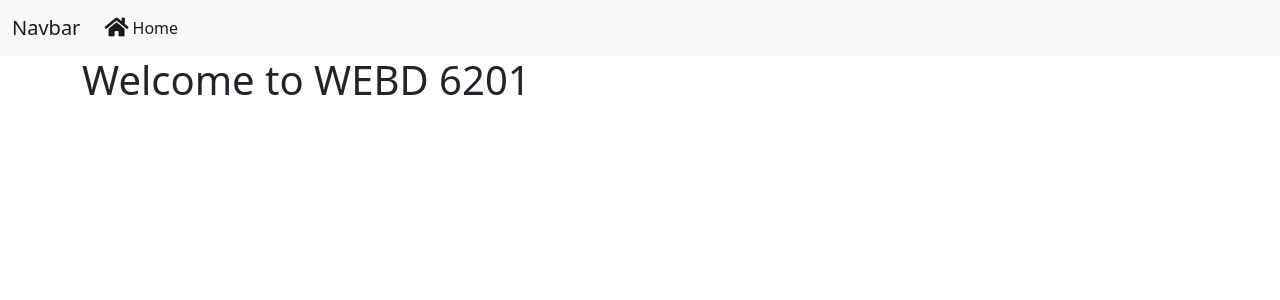
Repository: AshokSasi/WEBD6201-Week3
Page: index.html
The author's editor kept a copy of each file at every save. The page is drawn from the files as they stood at one save, then again after the next save.
The browser window is 1280 px wide. The pictures show the whole page.

Above is the page before, as saved 2021-01-20 09:09:01.

### index.html
<!DOCTYPE html>
<html lang="en">
<head>
    <meta charset="UTF-8">
    <meta name="viewport" content="width=device-width, initial-scale=1.0">
    <title>WEBD6201 - W2021 - ICE 1</title>
    <!-- CSS Section-->
    <link rel="stylesheet" href="./Content/app.css">
    <link rel="stylesheet" href="./node_modules/bootstrap/dist/css/bootstrap.min.css">
    <link rel="stylesheet" href="./node_modules/@fortawesome/fontawesome-free/css/all.min.css">
</head>
<body>
    <header>
        <nav class="navbar navbar-expand-lg navbar-light bg-light">
            <div class="container-fluid">
              <a class="navbar-brand" href="#">Navbar</a>
              <button class="navbar-toggler" type="button" data-bs-toggle="collapse" data-bs-target="#navbarSupportedContent" aria-controls="navbarSupportedContent" aria-expanded="false" aria-label="Toggle navigation">
                <span class="navbar-toggler-icon"></span>
              </button>
              <div class="collapse navbar-collapse" id="navbarSupportedContent">
                <ul class="navbar-nav me-auto mb-2 mb-lg-0">
                  <li class="nav-item">
                    <a class="nav-link active" aria-current="page" href="#"><i class="fas fa-home fa-lg"></i> Home</a>
                  </li>
                </ul>

              </div>
            </div>
          </nav>
    </header>

    <main class="container">
        <h1>Welcome to WEBD 6201</h1>

    </main>

    <!--Javascript section-->
    <script src="./Scripts/app.js"></script>
    <script src="./node_modules/jquery/dist/jquery.min.js"></script>
    <script src="./node_modules/bootstrap/dist/js/bootstrap.bundle.min.js"></script>
</body>
</html>

### Scripts/app.js

//IIFE Immediately Function Expression
//AKA - Anonymous Self- Executing Function
//Closure - Limits scop leak

(function()
{
    function Start()
    {
        console.log("App started ...");

    }
    window.addEventListener("load", Start);
})();

Loaded but not shown: node_modules/bootstrap/dist/css/bootstrap.min.css (library); node_modules/@fortawesome/fontawesome-free/css/all.min.css (library); node_modules/jquery/dist/jquery.min.js (library); node_modules/bootstrap/dist/js/bootstrap.bundle.min.js (library); Content/app.css (no stored copy; drawn as an empty file)

After the next save:
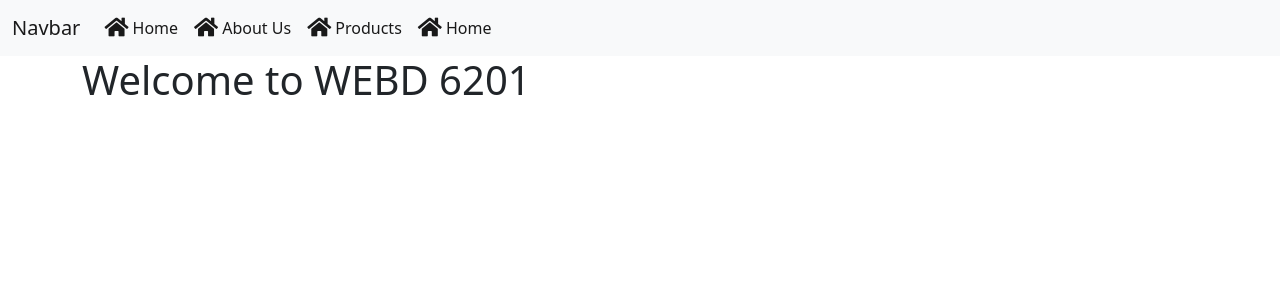
Saved 36 s later.
--- a/index.html
+++ b/index.html
@@ -22,6 +22,15 @@
                   <li class="nav-item">
                     <a class="nav-link active" aria-current="page" href="#"><i class="fas fa-home fa-lg"></i> Home</a>
                   </li>
+                  <li class="nav-item">
+                    <a class="nav-link active" aria-current="page" href="#"><i class="fas fa-home fa-lg"></i> About Us</a>
+                  </li>
+                  <li class="nav-item">
+                    <a class="nav-link active" aria-current="page" href="#"><i class="fas fa-home fa-lg"></i> Products</a>
+                  </li>
+                  <li class="nav-item">
+                    <a class="nav-link active" aria-current="page" href="#"><i class="fas fa-home fa-lg"></i> Home</a>
+                  </li>
                 </ul>
 
               </div>
